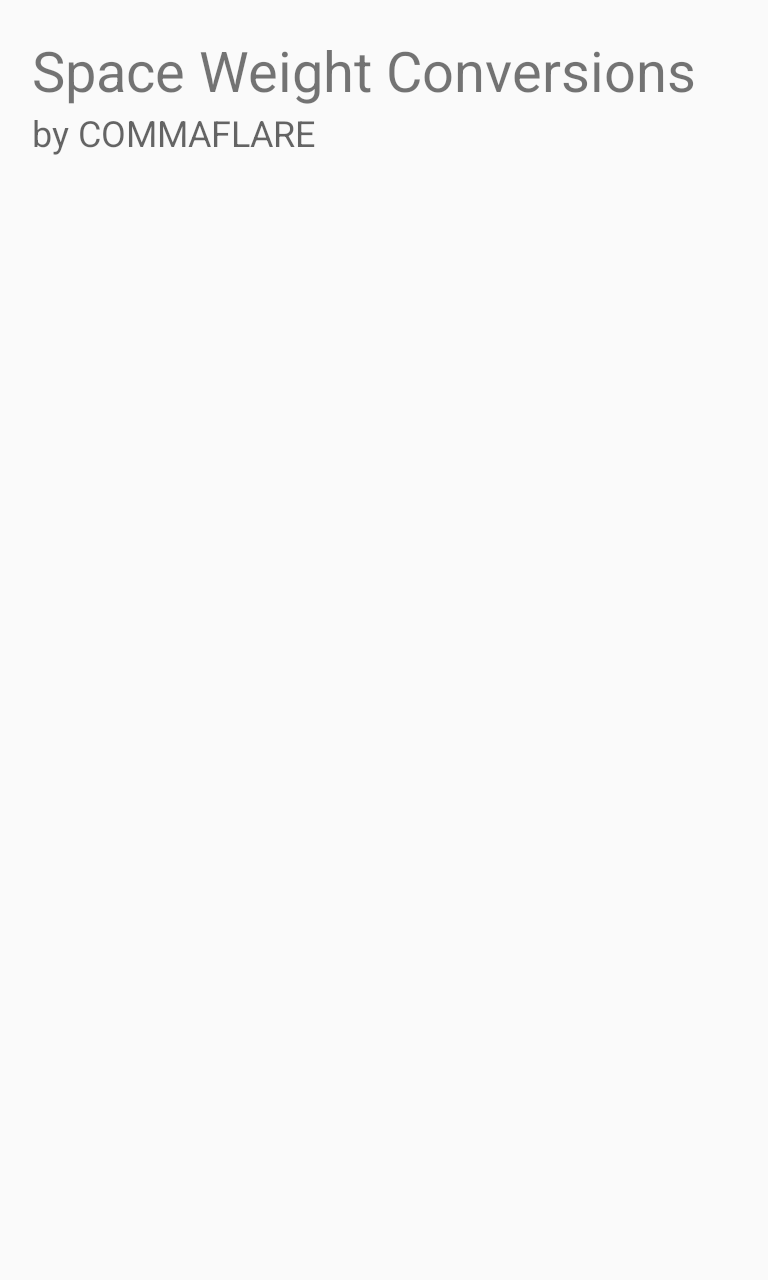
Repository: xxbeastli343xx/Diabolical-Turtle
Layout: App/WeightConversions/res/layout/activity_conversion.xml
An editor plug-in stored every save of this project. The layout is shown before and after the next save, followed by the edit.
It is drawn on a 768 x 1280 px phone screen (xhdpi) without system bars, with theme AppTheme; the app's code is not run.

Above is the layout before, as saved 2014-09-30 04:15:05.

### App/WeightConversions/res/layout/activity_conversion.xml
<RelativeLayout xmlns:android="http://schemas.android.com/apk/res/android"
    xmlns:tools="http://schemas.android.com/tools"
    android:layout_width="match_parent"
    android:layout_height="match_parent"
    android:paddingBottom="@dimen/activity_vertical_margin"
    android:paddingLeft="@dimen/activity_vertical_margin"
    android:paddingRight="@dimen/activity_horizontal_margin"
    android:paddingTop="@dimen/activity_vertical_margin"
    tools:context="com.weight.conversions.Conversion" >

    <TextView
        android:id="@+id/nameText"
        android:layout_width="match_parent"
        android:layout_height="wrap_content"
        android:text="@string/titleText"
        android:textSize="28sp" />

    <TextView
        android:id="@+id/textView2"
        android:layout_width="wrap_content"
        android:layout_height="wrap_content"
        android:layout_alignLeft="@+id/nameText"
        android:layout_below="@+id/nameText"
        android:text="@string/creatorName"
        android:textAppearance="?android:attr/textAppearanceMedium" />

</RelativeLayout>

### App/WeightConversions/res/values/strings.xml
<?xml version="1.0" encoding="utf-8"?>
<resources>

    <string name="app_name">"Weight Conversions "</string>
    <string name="hello_world">Hello world!</string>
    <string name="action_settings">Settings</string>
    <string name="titleText">Space Weight Conversions</string>
    <string name="creatorName">by COMMAFLARE</string>
    <string name="weight">Weight</string>

</resources>

Loaded but not shown: App/WeightConversions/res/values/styles.xml (common file); App/WeightConversions/res/values-v11/styles.xml (common file); App/WeightConversions/res/values-v14/styles.xml (common file); App/WeightConversions/res/values/dimens.xml (common file); App/WeightConversions/res/values-w820dp/dimens.xml (common file)

After the next save:
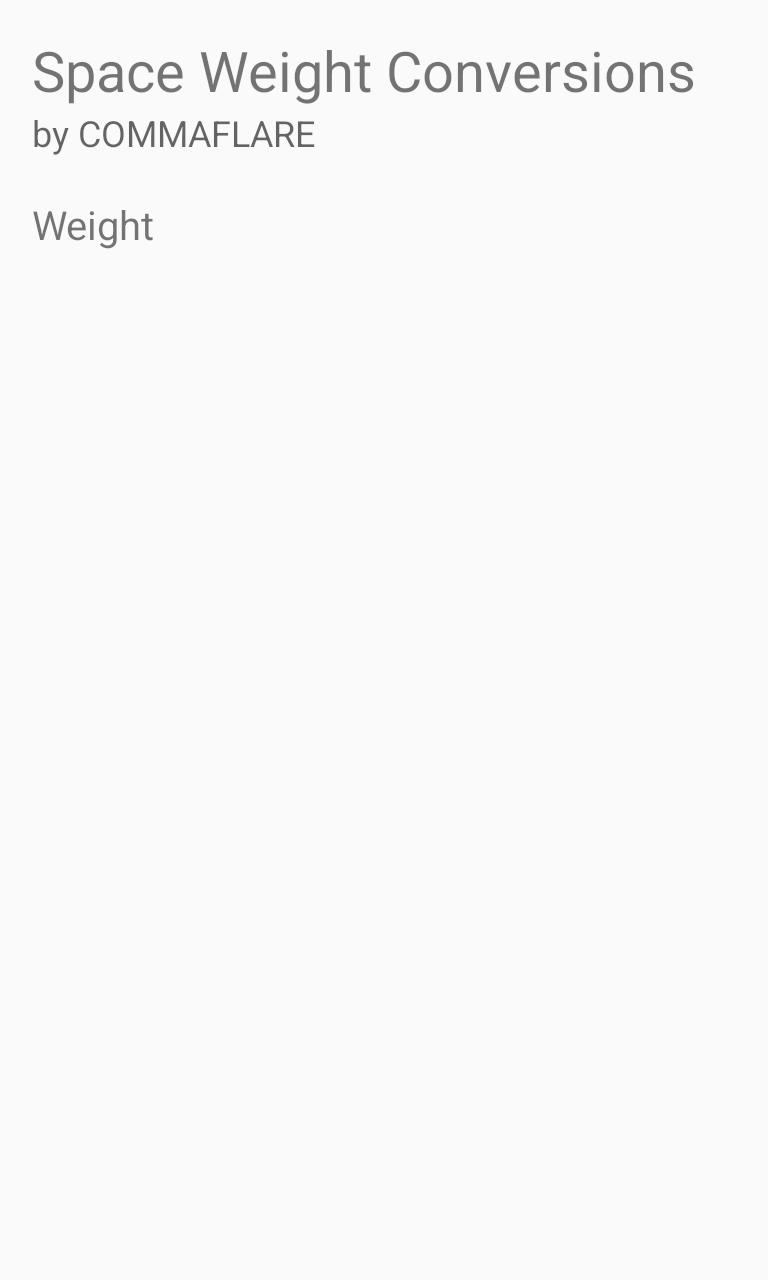
Saved 54 s later.
--- a/App/WeightConversions/res/layout/activity_conversion.xml
+++ b/App/WeightConversions/res/layout/activity_conversion.xml
@@ -8,20 +8,34 @@
     android:paddingTop="@dimen/activity_vertical_margin"
     tools:context="com.weight.conversions.Conversion" >
 
-    <TextView
-        android:id="@+id/nameText"
+    <LinearLayout
+        android:id="@+id/Layer"
         android:layout_width="match_parent"
-        android:layout_height="wrap_content"
-        android:text="@string/titleText"
-        android:textSize="28sp" />
+        android:layout_height="match_parent"
+        android:orientation="vertical" >
 
-    <TextView
-        android:id="@+id/textView2"
-        android:layout_width="wrap_content"
-        android:layout_height="wrap_content"
-        android:layout_alignLeft="@+id/nameText"
-        android:layout_below="@+id/nameText"
-        android:text="@string/creatorName"
-        android:textAppearance="?android:attr/textAppearanceMedium" />
+        <TextView
+            android:id="@+id/nameText"
+            android:layout_width="match_parent"
+            android:layout_height="wrap_content"
+            android:text="@string/titleText"
+            android:textSize="28sp" />
+
+        <TextView
+            android:id="@+id/creatorName"
+            android:layout_width="wrap_content"
+            android:layout_height="wrap_content"
+            android:text="@string/creatorName"
+            android:textAppearance="?android:attr/textAppearanceMedium" />
+
+        <TextView
+            android:id="@+id/weightText"
+            android:layout_width="wrap_content"
+            android:layout_height="wrap_content"
+            android:layout_marginTop="20dp"
+            android:text="@string/weight"
+            android:textSize="20sp" />
+
+    </LinearLayout>
 
 </RelativeLayout>
